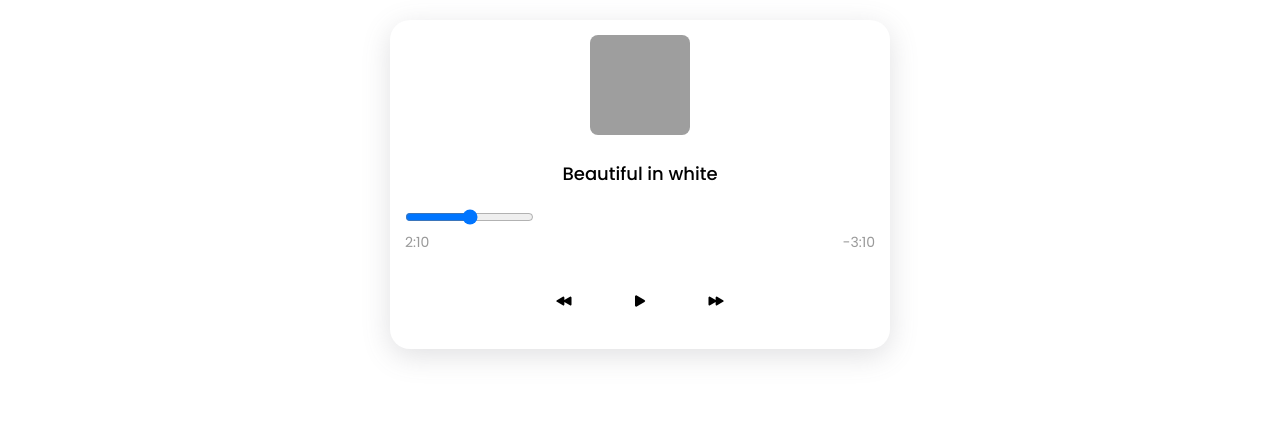
Repository: quyenpv10/mp3__music
Page: index.html
These files come from the project's save history. The page is drawn as it stood at one moment and after the next save; the edit follows.
The browser window is 1280 px wide. The pictures show the whole page.
Pictures or frames that could not be fetched are drawn as grey boxes.

Above is the page before, as saved 2021-12-10 20:09:55.

After the next save:
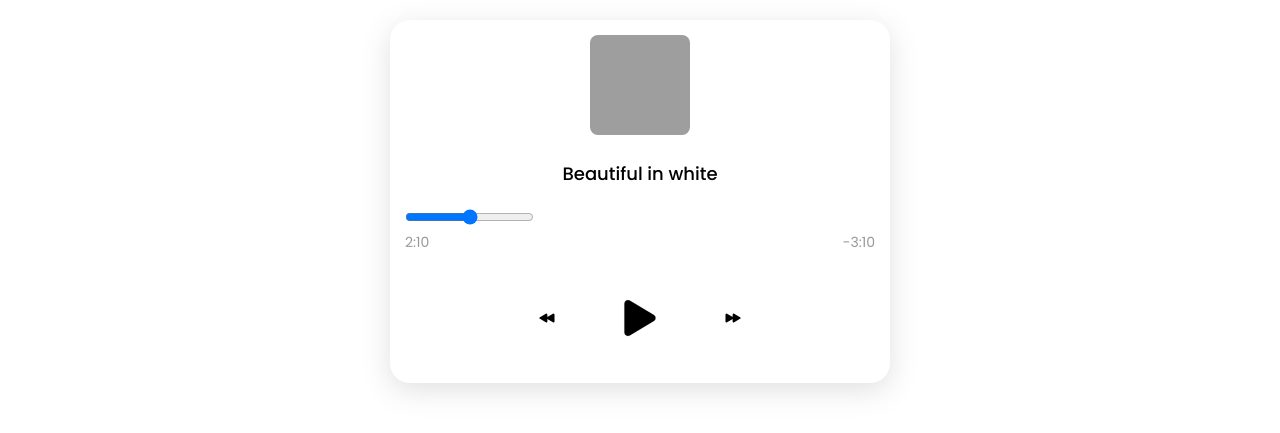
Saved 31 s later.
--- a/app.css
+++ b/app.css
@@ -87,3 +87,9 @@ body {
     align-items: center;
     gap: 0 60px;
 }
+
+.play {
+    width: 50px;
+    height: 50px;
+    border-radius: 100rem;
+}
